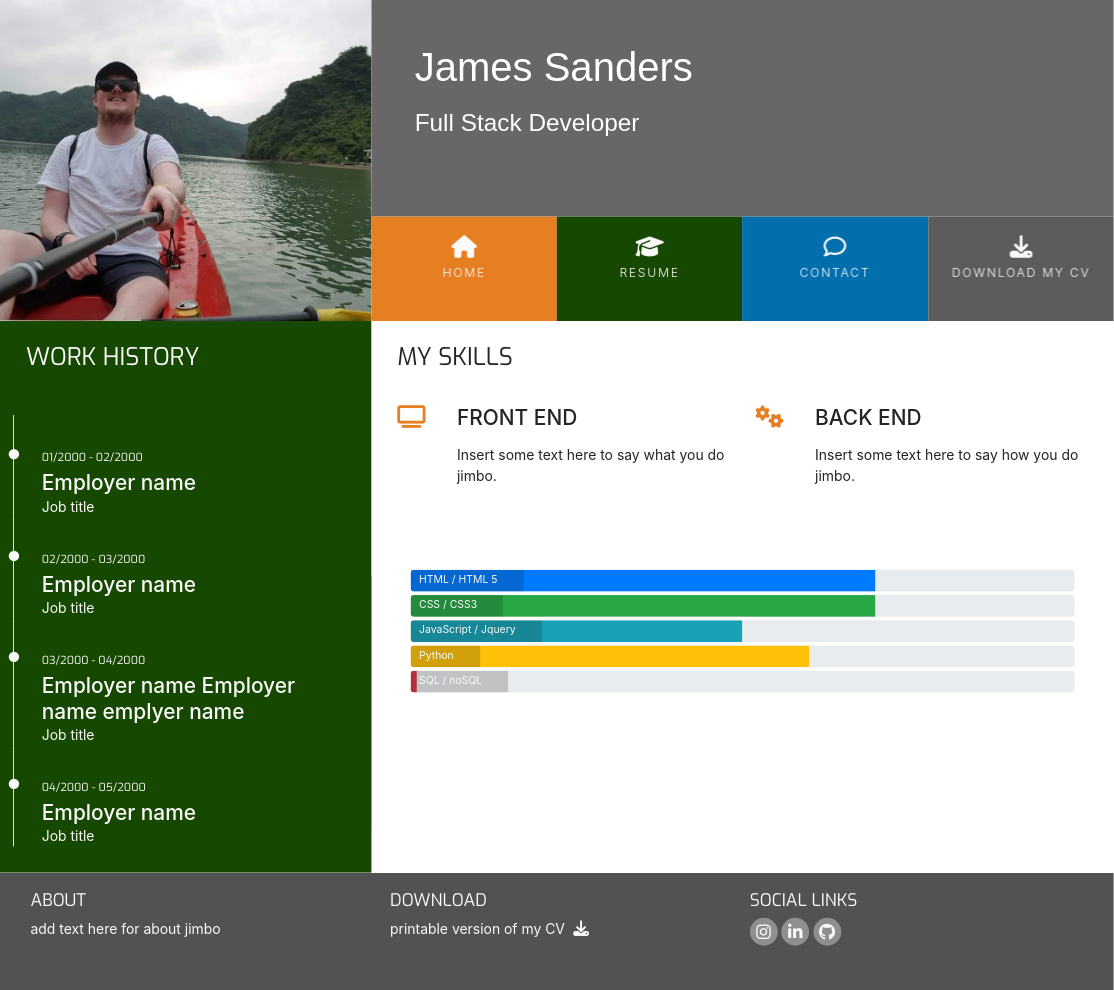
Repository: JaySanders95/my-online-resume
Page: resume.html
The author's editor kept a copy of each file at every save. The page is drawn from the files as they stood at one save, then again after the next save.
The browser window is 1280 px wide. The pictures show the whole page, at 87% of full size.
Some web fonts or font styles are not loaded; a fallback is used. Some web libraries are served in a nearby version.

Above is the page before, as saved 2023-04-22 18:13:28.

After the next save:
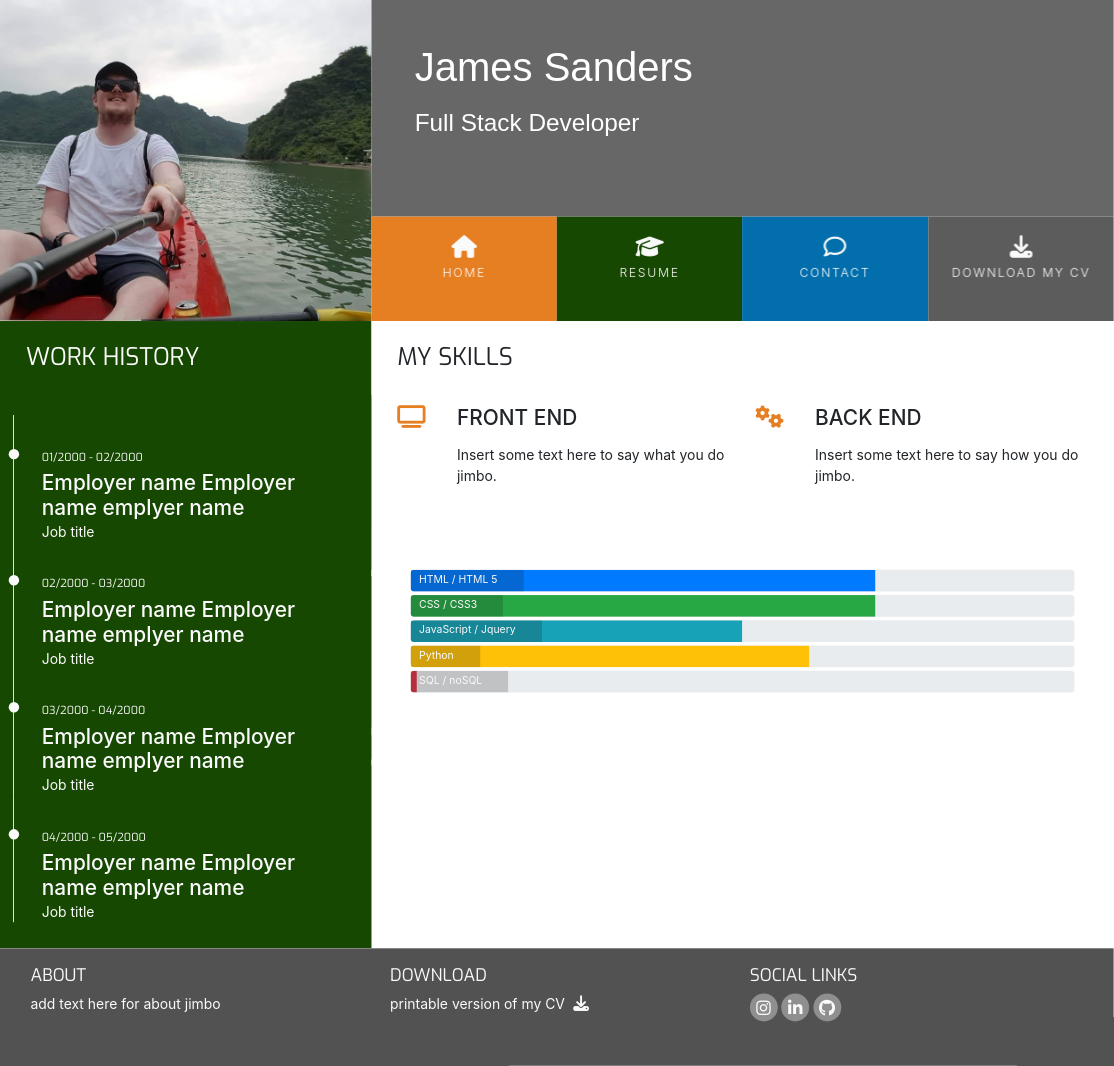
Saved 38 s later.
--- a/resume.html
+++ b/resume.html
@@ -67,11 +67,11 @@
                         </h3>
                     </div>
                     <div class="timeline-item" data-dates="01/2000 - 02/2000">
-                        <h4>Employer name</h4>
+                        <h4>Employer name Employer name emplyer name</h4>
                         <p>Job title</p>
                     </div>
                     <div class="timeline-item" data-dates="02/2000 - 03/2000">
-                        <h4>Employer name</h4>
+                        <h4>Employer name Employer name emplyer name</h4>
                         <p>Job title</p>
                     </div>
                     <div class="timeline-item" data-dates="03/2000 - 04/2000">
@@ -79,7 +79,7 @@
                         <p>Job title</p>
                     </div>
                     <div class="timeline-item" data-dates="04/2000 - 05/2000">
-                        <h4>Employer name</h4>
+                        <h4>Employer name Employer name emplyer name</h4>
                         <p>Job title</p>
                     </div>
                 </div>
